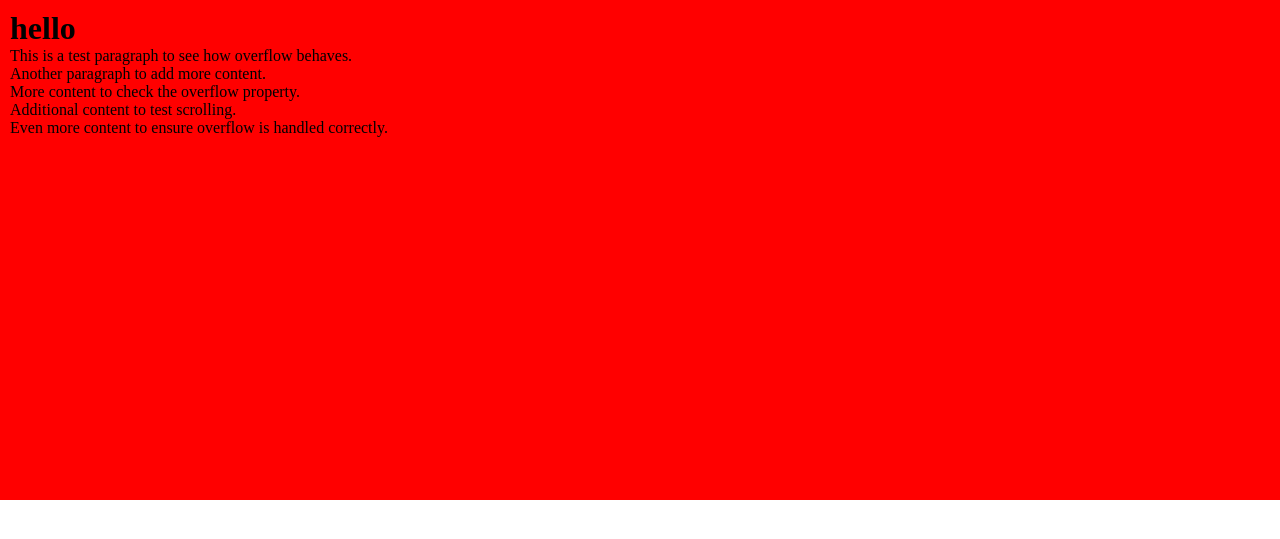
Repository: itz-mohanmadhav-18/Full-stack
Page: Html+css/day-3/flex.html
These files come from the project's save history. The page is drawn as it stood at one moment and after the next save; the edit follows.
The browser window is 1280 px wide. The pictures show the whole page.

Above is the page before, as saved 2024-06-16 06:55:36.

### Html+css/day-3/flex.html
<!DOCTYPE html>
<html lang="en">
<head>
    <meta charset="UTF-8">
    <meta name="viewport" content="width=device-width, initial-scale=1.0">
    <link rel="stylesheet" href="flex.css">
    <title>Document</title>
</head>
<body>
    <div>
        <h1>hello</h1>
        <p>This is a test paragraph to see how overflow behaves.</p>
        <p>Another paragraph to add more content.</p>
        <p>More content to check the overflow property.</p>
        <p>Additional content to test scrolling.</p>
        <p>Even more content to ensure overflow is handled correctly.</p>
    </div>
</body>
</html>

### Html+css/day-3/flex.css
* {
    padding: 0;
    margin: 0;
    box-sizing: border-box; /* Ensure padding is included in the width and height */
}

div {
    background: red;
    height: 500px;
    padding: 10px;
    overflow: auto; /* Add scrollbars if content exceeds height */
}

After the next save:
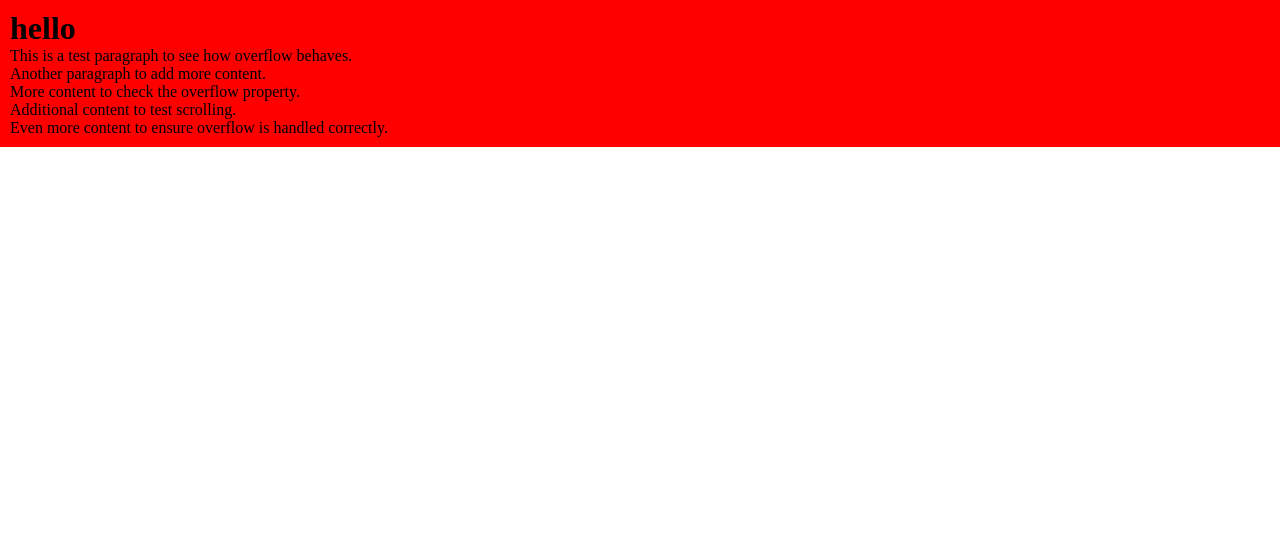
Saved 26 s later.
--- a/Html+css/day-3/flex.css
+++ b/Html+css/day-3/flex.css
@@ -6,7 +6,7 @@
 
 div {
     background: red;
-    height: 500px;
+    max-height: 500px;
     padding: 10px;
     overflow: auto; /* Add scrollbars if content exceeds height */
 }
